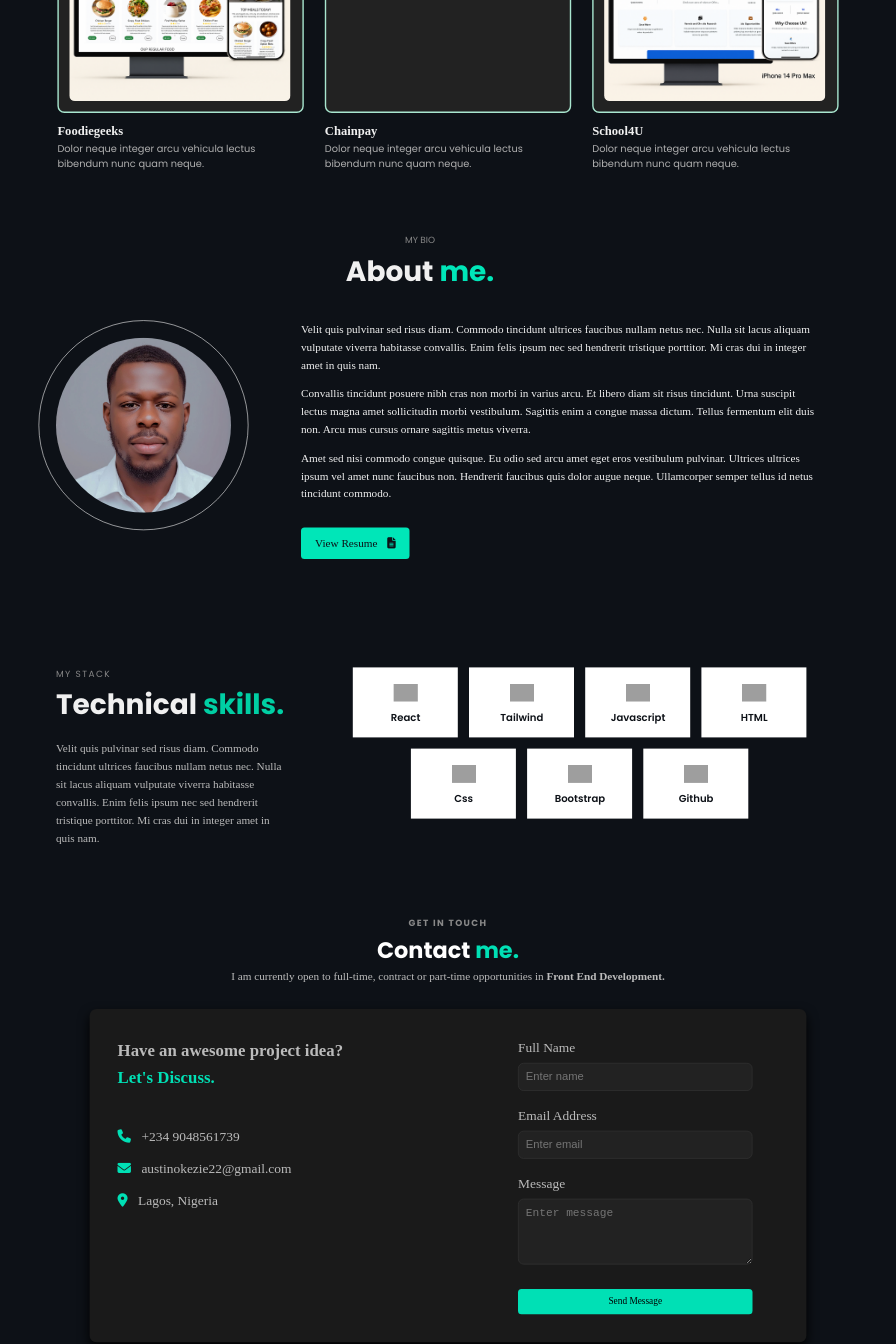
Repository: Austinokezie/Myportfolio
Page: index.html
These files come from the project's save history. The page is drawn as it stood at one moment and after the next save; the edit follows.
The browser window is 1280 px wide. The pictures show the part of the page from y = 1719 to 3639 px (the page is 3944 px tall before and 3994 px after), at 70% of full size.
Pictures or frames that could not be fetched are drawn as grey boxes. Some web fonts or font styles are not loaded; a fallback is used.

Above is the page before, as saved 2025-10-15 11:32:48.

After the next save:
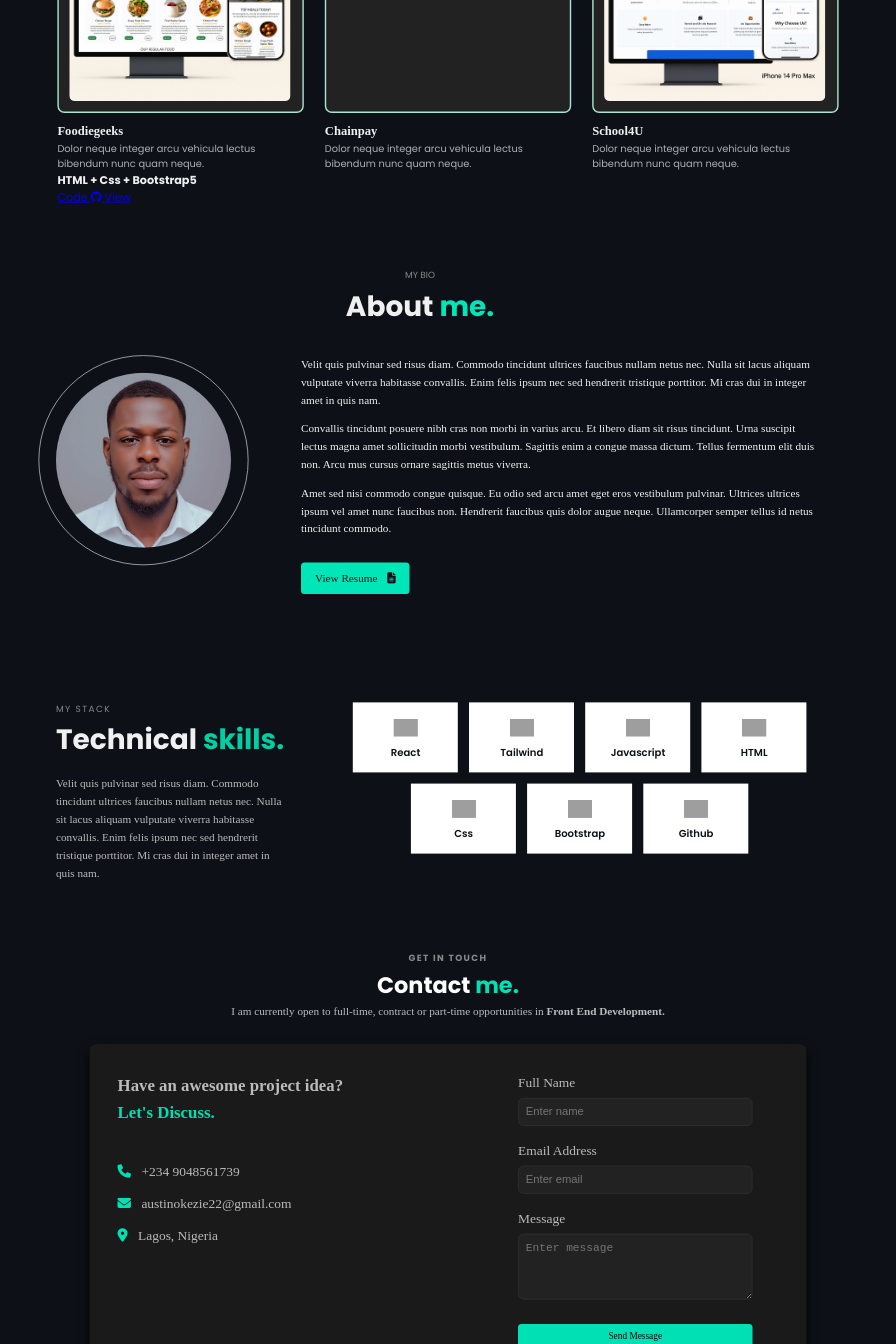
Saved 17 min 17 s later.
--- a/index.html
+++ b/index.html
@@ -88,13 +88,15 @@
           <h2 class="portfolio-title">PORTFOLIO</h2>
           <h1 class="featured-projects">Featured <span> projects.</span></h1>
            <div class="projects-grid">
-                <div class="project-card">
+                 <div class="project-card">
                    <div class="project-image-placeholder">
                       <img src="./Asset/Foodiegeeks mockup1.png" alt="img">
                    </div>
                    <h3 class="project-name">Foodiegeeks</h3>
-                  <p class="project-description">Dolor neque integer arcu vehicula lectus bibendum nunc quam neque.</p>
-               </div>
+                   <p class="project-description">Dolor neque integer arcu vehicula lectus bibendum nunc quam neque.</p>
+                   <h4 class="stack">HTML + Css + Bootstrap5</h4>
+                   <a href="#">Code <i class="fa-brands fa-github"></i>  <span><a href="#">View </a></span></a>
+                 </div>
 
                <div class="project-card">
                    <div class="project-image-placeholder">
